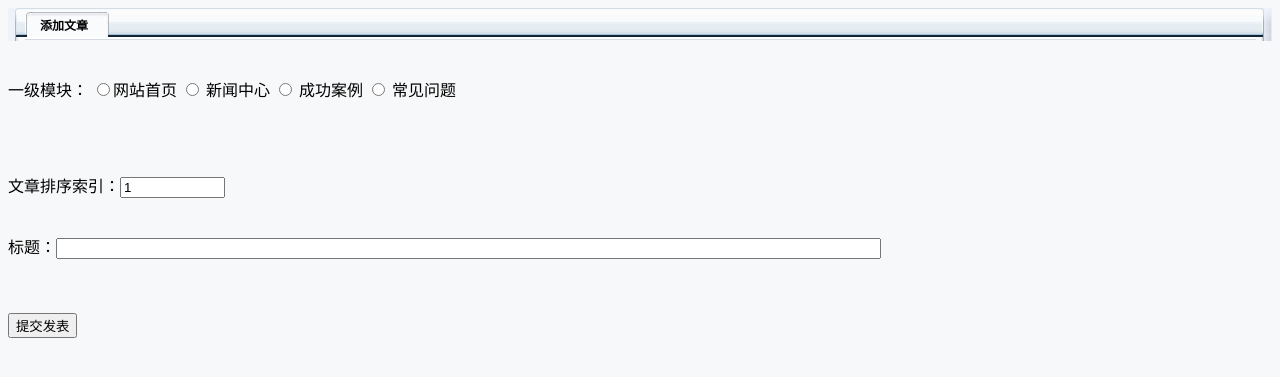
Repository: wzhcxw/shop
Page: ShopOnline/WebContent/admin/editor.html
These files come from the project's save history. The page is drawn as it stood at one moment and after the next save; the edit follows.
The browser window is 1280 px wide. The pictures show the whole page.

Above is the page before, as saved 2014-09-23 16:37:46.

After the next save:
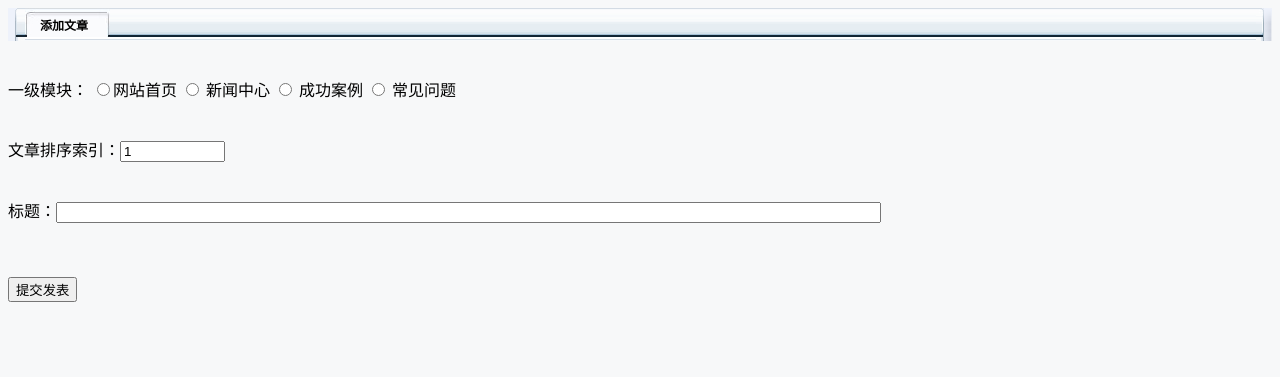
Saved 44 min 8 s later.
--- a/ShopOnline/WebContent/admin/editor.html
+++ b/ShopOnline/WebContent/admin/editor.html
@@ -85,8 +85,7 @@
 		}
 	</script>
 	<div id="secondmod"> </div>
-	<br/>
-	<br/>
+
 		<br/>
 		文章排序索引：<input id="sort" value="1" size="10" type="text"><br>
 	<br>

After the save that followed:
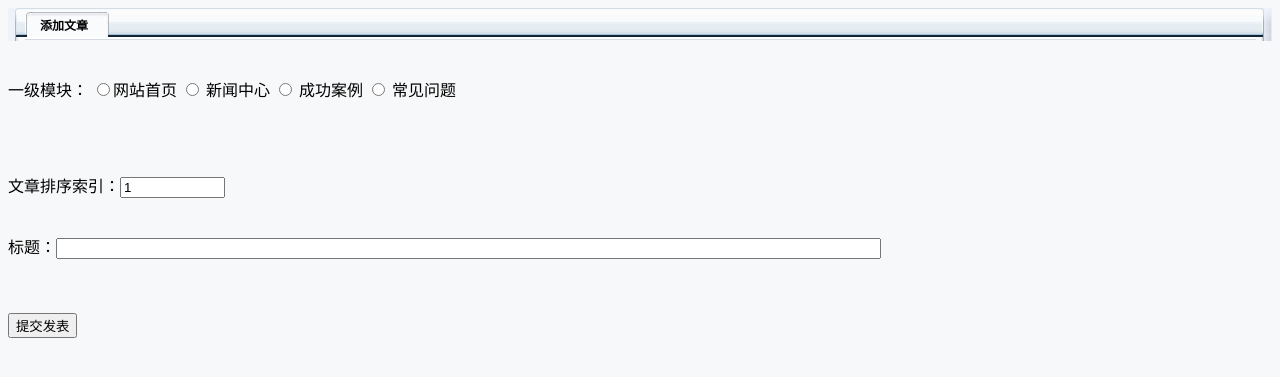
Saved 2 min 8 s later.
--- a/ShopOnline/WebContent/admin/editor.html
+++ b/ShopOnline/WebContent/admin/editor.html
@@ -84,8 +84,10 @@
 			document.getElementById('secondmod').innerHTML = "";
 		}
 	</script>
-	<div id="secondmod"> </div>
-
+	<div id="secondmod">
+	</div>
+	<br/>
+	<br/>
 		<br/>
 		文章排序索引：<input id="sort" value="1" size="10" type="text"><br>
 	<br>
